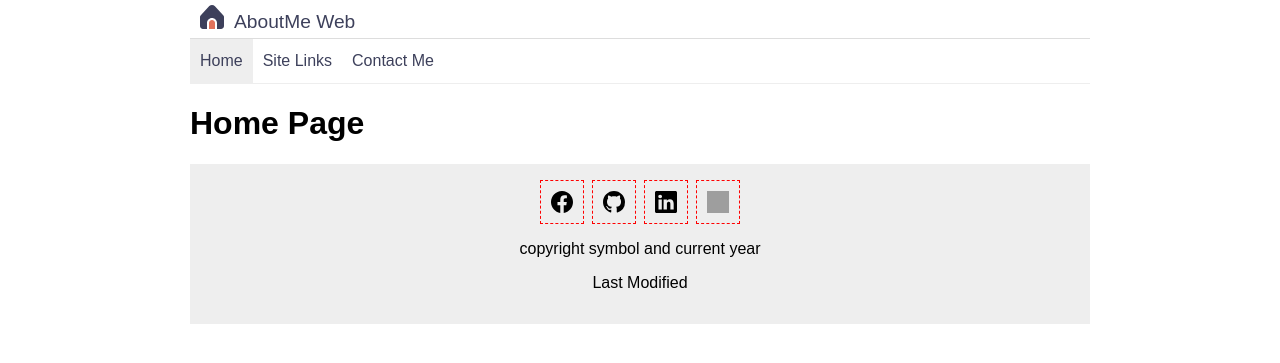
Repository: JoyUdoh106/wdd231
Page: index.html
The author's editor kept a copy of each file at every save. The page is drawn from the files as they stood at one save, then again after the next save.
The browser window is 1280 px wide. The pictures show the whole page.
The pointer rests on the first visible `.social a`.
Pictures or frames that could not be fetched are drawn as grey boxes.

Above is the page before, as saved 2026-01-10 20:23:36.

### index.html
<!DOCTYPE html>
<html lang="en">
<head>
    <meta charset="UTF-8">
    <meta name="viewport" content="width=device-width, initial-scale=1.0">
    <title>Joy Paulinus Udoh Site | Home Page</title>
    <meta name="description" content="My Site">
    <meta name="author" content="Joy Paulinus Udoh">

    <!-- Style Sheets Here -->
    <link rel="stylesheet" href="styles/base.css">
    <link rel="stylesheet" href="styles/larger.css">
    <link rel="stylesheet" href="styles/normalize.css">

</head>
<body>
    <header>
        <img src="images/home.svg" alt="Site Logo" width="512" height="512">
        <span>AboutMe Web</span>
        <button id="ham-btn" class="hamburger"></button>
    </header>
    <nav id="nav-bar" class="navigation">
        <ul>
            <li class="current"><a href="#">Home</a></li>
            <li><a href="#">Site Links</a></li>
            <li><a href="#">Contact Me</a></li>
        </ul>
    </nav>
    <main>
        <h1>Home Page</h1>
    </main>
    <footer>
        <div class="social">
            <a href="" target="_blank"><img src="images/facebook.svg" alt="facebook" width="16" height="16"></a>
            <a href="" target="_blank"><img src="images/github.svg" alt="github" width="16" height="16"></a>
            <a href="" target="_blank"><img src="images/linkedin.svg" alt="" width="16" height="16"></a>
            <a href="" target="_blank"><img src="images/microsoft-teams.svg" alt="" width="16" height="16"></a>
        </div>
        <p>copyright symbol and current year</p>
        <p>Last Modified</p>
    </footer>
    <script src="scripts/navigation.js"></script>
</body>
</html>

### styles/base.css
/* --------- Color Scheme ----------
terra cotta #E2725B
deep slate blue #3D405B,
*/

/********************** SITE WIDE *************************/
* {
    font-family: "Josefin Sans", sans-serif;
    box-sizing: border-box;
}

/********************* HEADER *********************/
header {
    display: grid;
    grid-template-columns: 24px auto 44px;
    padding: 5px 0 5px 10px;
    align-items: end;
    border-bottom: solid 1px #ddd;
    column-gap: 10px;
}

header img {
    display: block;
    width: 100%;
    height: auto;
    padding-bottom: 4px;
}

header span {
    font-size: 1.2rem;
    color: #3D405B;
}

/********************* HAMBURGER *********************/
.hamburger {
    background-color: none;
    border: none;
    font-size: 2rem;
    color: #3D405B;
    cursor: pointer;
    font-family: Verdana, Geneva, Tahoma, sans-serif;
}

.hamburger::before {
    content: "\2630";
}

.hamburger.show::before {
    content: "\00D7";
}

/********************* NAVIGATION *********************/
.navigation {
    display: none;
}

.navigation.show {
    display: block;
}

.navigation ul {
    list-style-type: none;
    margin: 0;
    padding: 0;
}

.navigation a {
    display: block;
    padding: .8rem 10px;
    color: #3D405B;
    text-decoration: none;
    border-bottom: solid 1px #ddd;
}

.navigation li.current {
    background-color: #eee;
}

.navigation a:hover {
    background-color: #E2725B;
}


h1 {
    margin-left: 10px;
}

/************************** FOOTER **************************/
footer {
    background-color: #eee;
    padding: 1rem 10px;
    text-align: center;
}

.social {
    display: flex;
    justify-content: center;
    column-gap: 8px;
}

.social a {
    display: flex;
    justify-content: center;
    align-items: center;
    width: 44px;
    height: 44px;
    border: red dashed 1px;
}

.social img {
    width: 22px;
    height: 22px;
}

.social a:hover {
    background-color: #eee;
}

### styles/larger.css
@media only screen and (min-width: 38rem) {
    header, main, nav, footer {
        max-width: 900px;
        margin: 0 auto;
    }


    header {
        grid-template-columns: 24px auto;
    }

    .hamburger {
        display: none;
    }


    .navigation {
        display: block;
        border-bottom: solid 1px #eee;
    }

    .navigation ul {
        display: flex;
    }

    .navigation a {
        border: none;
    }

}

### images/home.svg
<?xml version="1.0" encoding="UTF-8"?>
<!-- Generator: Adobe Illustrator 25.0.0, SVG Export Plug-In . SVG Version: 6.00 Build 0)  -->
<svg xmlns="http://www.w3.org/2000/svg" xmlns:xlink="http://www.w3.org/1999/xlink" version="1.1" id="Capa_1" x="0px" y="0px" viewBox="0 0 512 512" style="enable-background:new 0 0 512 512;" xml:space="preserve" width="512" height="512">
	<g>
		<path d="M362.667,383.841v128H448c35.346,0,64-28.654,64-64V253.26c0.005-11.083-4.302-21.733-12.011-29.696l-181.29-195.99    c-31.988-34.61-85.976-36.735-120.586-4.747c-1.644,1.52-3.228,3.103-4.747,4.747L12.395,223.5    C4.453,231.496-0.003,242.31,0,253.58v194.261c0,35.346,28.654,64,64,64h85.333v-128c0.399-58.172,47.366-105.676,104.073-107.044    C312.01,275.383,362.22,323.696,362.667,383.841z" fill="#3D405B"/>
		<path d="M256,319.841c-35.346,0-64,28.654-64,64v128h128v-128C320,348.495,291.346,319.841,256,319.841z" fill="#E2725B"/>
	</g>

</svg>

### scripts/navigation.js
// Store the selected elements that we are going to use
const navbutton = document.querySelector('#ham-btn');
const navlinks = document.querySelector('#nav-bar');

// Toggle the show class off and on
navbutton.addEventListener('click', () => {
    navbutton.classList.toggle('show');
    navlinks.classList.toggle('show');
});

### images/facebook.svg
<svg xmlns="http://www.w3.org/2000/svg" width="16" height="16" fill="currentColor" class="bi bi-facebook" viewBox="0 0 16 16">
  <path d="M16 8.049c0-4.446-3.582-8.05-8-8.05C3.58 0-.002 3.603-.002 8.05c0 4.017 2.926 7.347 6.75 7.951v-5.625h-2.03V8.05H6.75V6.275c0-2.017 1.195-3.131 3.022-3.131.876 0 1.791.157 1.791.157v1.98h-1.009c-.993 0-1.303.621-1.303 1.258v1.51h2.218l-.354 2.326H9.25V16c3.824-.604 6.75-3.934 6.75-7.951"/>
</svg>

### images/github.svg
<svg xmlns="http://www.w3.org/2000/svg" width="16" height="16" fill="currentColor" class="bi bi-github" viewBox="0 0 16 16">
  <path d="M8 0C3.58 0 0 3.58 0 8c0 3.54 2.29 6.53 5.47 7.59.4.07.55-.17.55-.38 0-.19-.01-.82-.01-1.49-2.01.37-2.53-.49-2.69-.94-.09-.23-.48-.94-.82-1.13-.28-.15-.68-.52-.01-.53.63-.01 1.08.58 1.23.82.72 1.21 1.87.87 2.33.66.07-.52.28-.87.51-1.07-1.78-.2-3.64-.89-3.64-3.95 0-.87.31-1.59.82-2.15-.08-.2-.36-1.02.08-2.12 0 0 .67-.21 2.2.82.64-.18 1.32-.27 2-.27s1.36.09 2 .27c1.53-1.04 2.2-.82 2.2-.82.44 1.1.16 1.92.08 2.12.51.56.82 1.27.82 2.15 0 3.07-1.87 3.75-3.65 3.95.29.25.54.73.54 1.48 0 1.07-.01 1.93-.01 2.2 0 .21.15.46.55.38A8.01 8.01 0 0 0 16 8c0-4.42-3.58-8-8-8"/>
</svg>

### images/linkedin.svg
<svg xmlns="http://www.w3.org/2000/svg" width="16" height="16" fill="currentColor" class="bi bi-linkedin" viewBox="0 0 16 16">
  <path d="M0 1.146C0 .513.526 0 1.175 0h13.65C15.474 0 16 .513 16 1.146v13.708c0 .633-.526 1.146-1.175 1.146H1.175C.526 16 0 15.487 0 14.854zm4.943 12.248V6.169H2.542v7.225zm-1.2-8.212c.837 0 1.358-.554 1.358-1.248-.015-.709-.52-1.248-1.342-1.248S2.4 3.226 2.4 3.934c0 .694.521 1.248 1.327 1.248zm4.908 8.212V9.359c0-.216.016-.432.08-.586.173-.431.568-.878 1.232-.878.869 0 1.216.662 1.216 1.634v3.865h2.401V9.25c0-2.22-1.184-3.252-2.764-3.252-1.274 0-1.845.7-2.165 1.193v.025h-.016l.016-.025V6.169h-2.4c.03.678 0 7.225 0 7.225z"/>
</svg>

Loaded but not shown: styles/normalize.css (library)

After the next save:
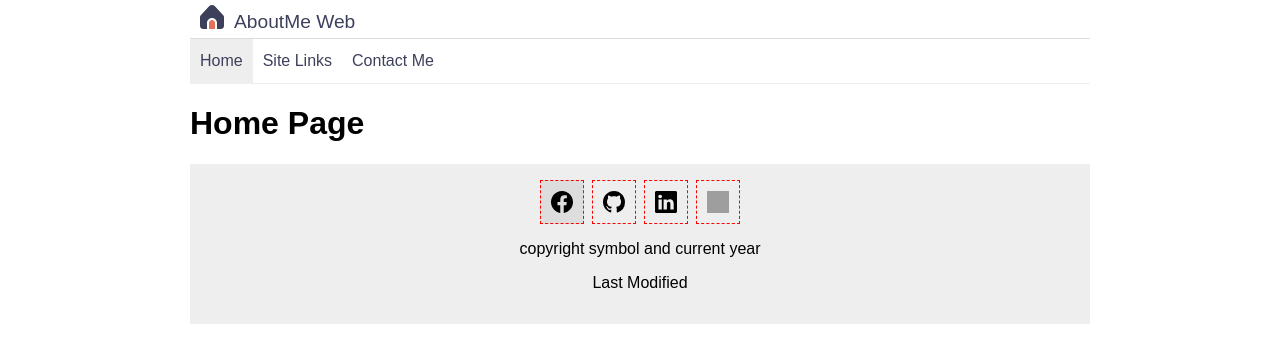
Saved 11 s later.
--- a/styles/base.css
+++ b/styles/base.css
@@ -113,5 +113,5 @@ footer {
 }
 
 .social a:hover {
-    background-color: #eee;
+    background-color: #ddd;
 }
